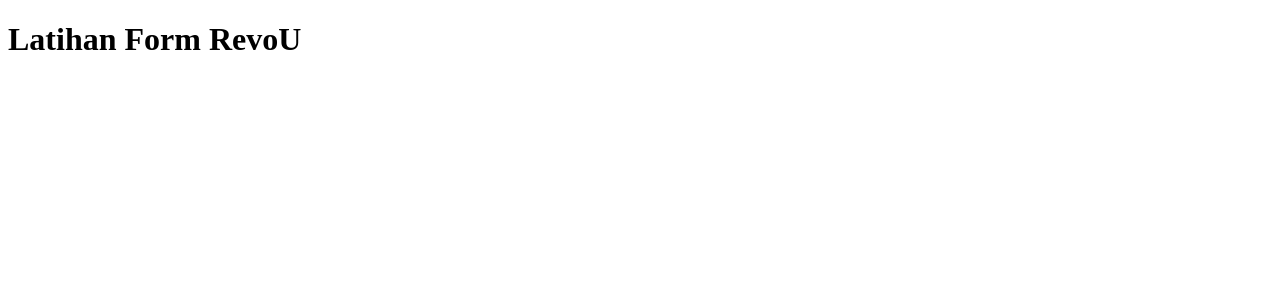
Repository: esramrsln/day2_RevoU
Page: form.html
These files come from the project's save history. The page is drawn as it stood at one moment and after a run of saves; the edit follows.
The browser window is 1280 px wide. The pictures show the whole page.

Above is the page before, as saved 2024-07-23 21:22:12.

After the next 2 saves:
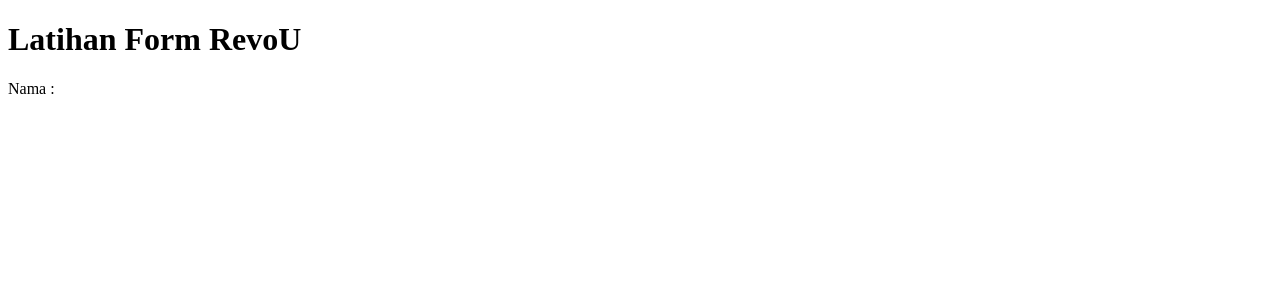
The 2 saves are shown as one change because they came seconds apart.
The last was saved 8 s later.
--- a/form.html
+++ b/form.html
@@ -7,7 +7,7 @@
 <body>
     <h1>Latihan Form RevoU</h1>
     <form>
-        <label for="name"></label>
+        <label for="name">Nama :</label>
     </form>
 </body>
 </html>
